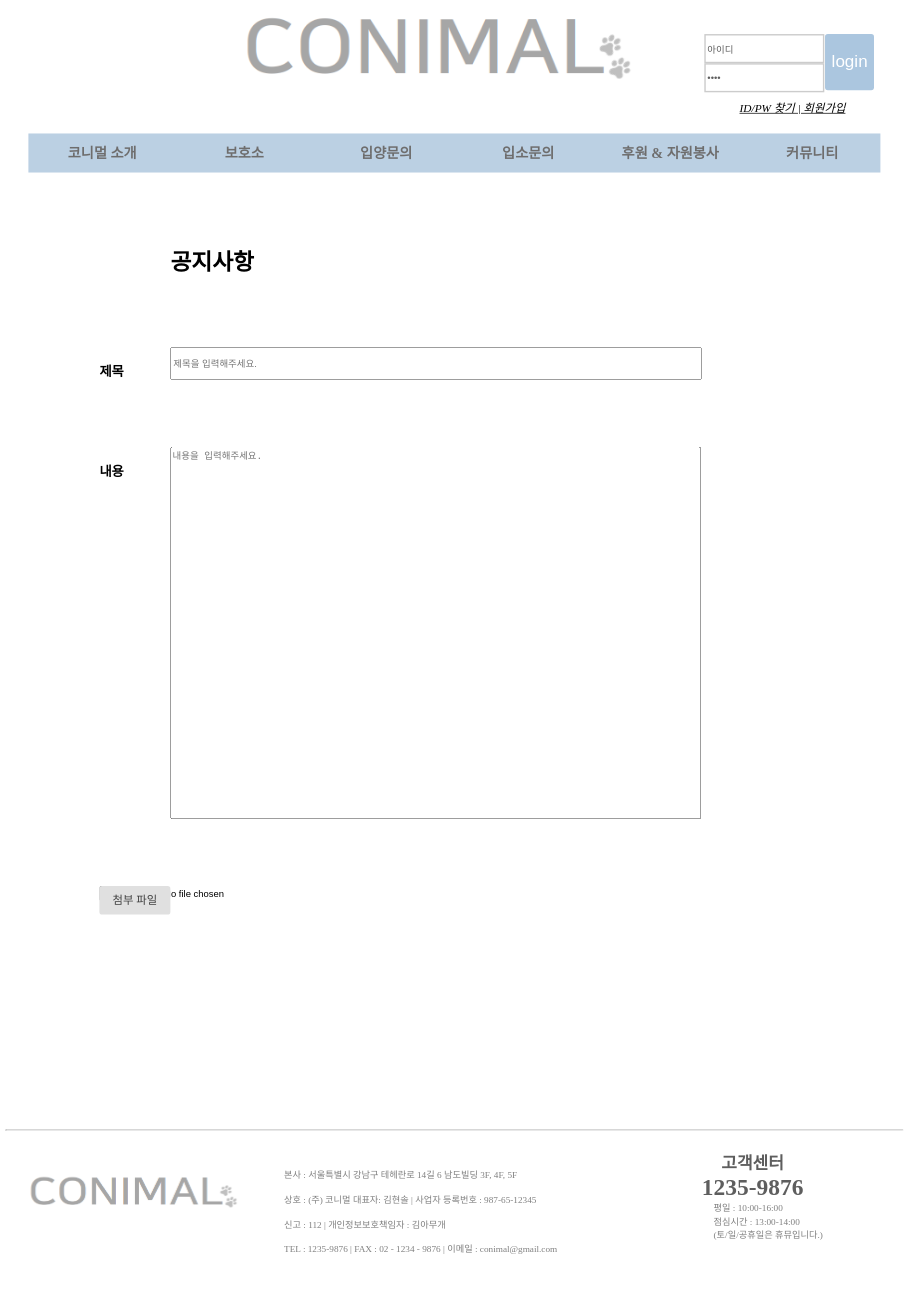
Repository: rlagusthf12/SemiProject
Page: http://localhost/jspProject/views/notice/writeNotice.jsp
These files come from the project's save history. The page is drawn as it stood at one moment and after the next save; the edit follows.
The browser window is 1280 px wide. The pictures show the whole page, at 71% of full size.
The page is served by Tomcat 9.

Above is the page before, as saved 2021-05-18 07:58:32.

After the next save:
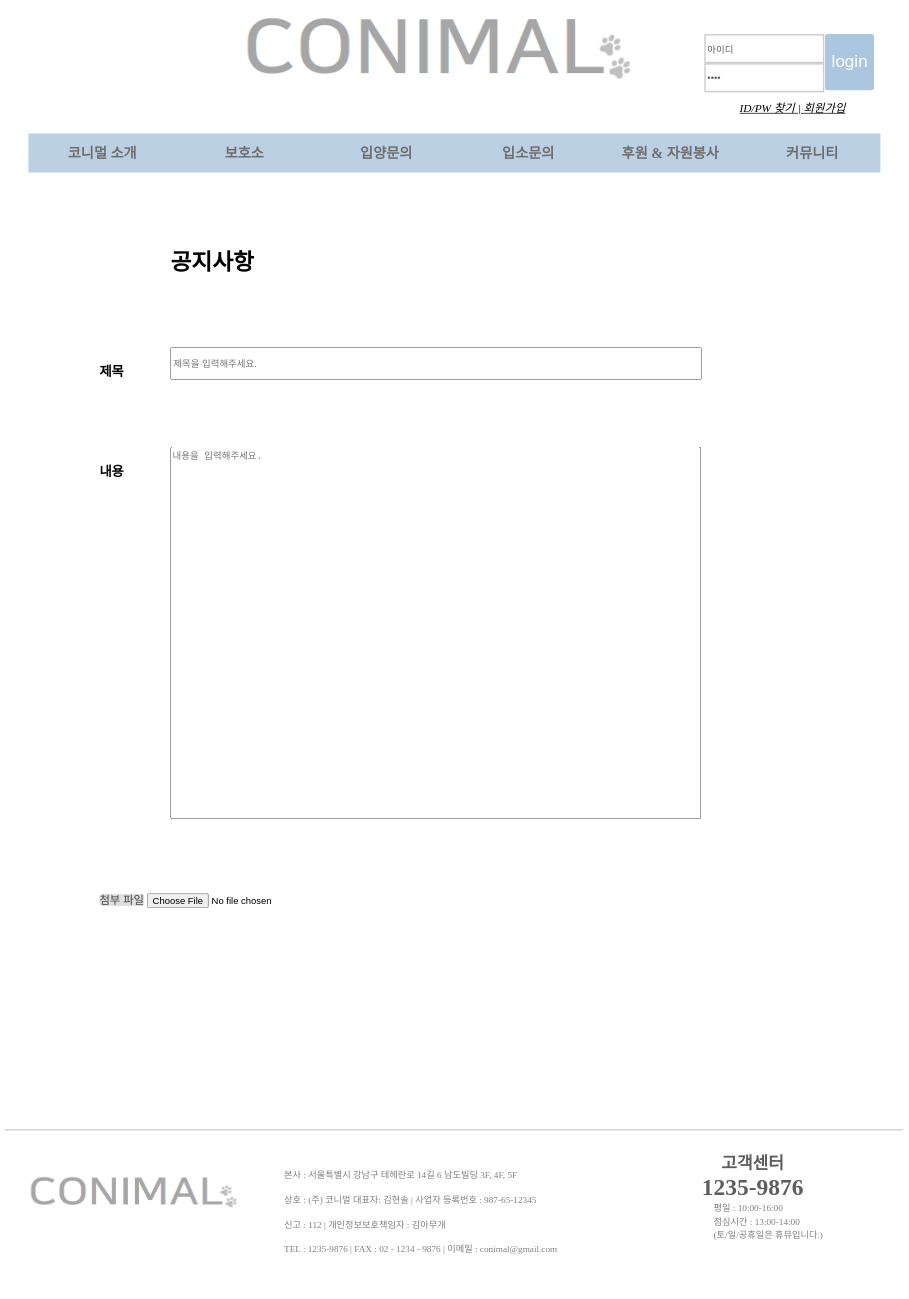
Saved 4 s later.
--- a/jspProject/WebContent/views/notice/writeNotice.jsp
+++ b/jspProject/WebContent/views/notice/writeNotice.jsp
@@ -44,7 +44,7 @@ width:741px;
 height:80px;
 }
 .attachmentbtn{
-position: absolute;  width: 100px; height: 40px;
+ width: 100px; height: 40px;
 border-radius:4px;
 font-size: 16px;
 color: rgb(64, 64, 64);
